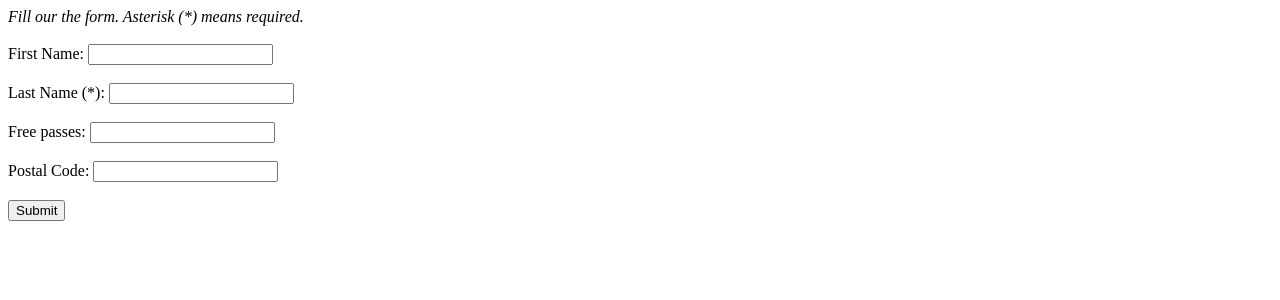
Repository: kaustubh0201/Springboot
Page: http://localhost/spring-demo-mvc/customer/showForm
The author's editor kept a copy of each file at every save. The page is drawn from the files as they stood at one save, then again after the next save.
The browser window is 1280 px wide. The pictures show the whole page.
The page is served by Tomcat 9.

Above is the page before, as saved 2022-10-07 12:39:32.

After the next save:
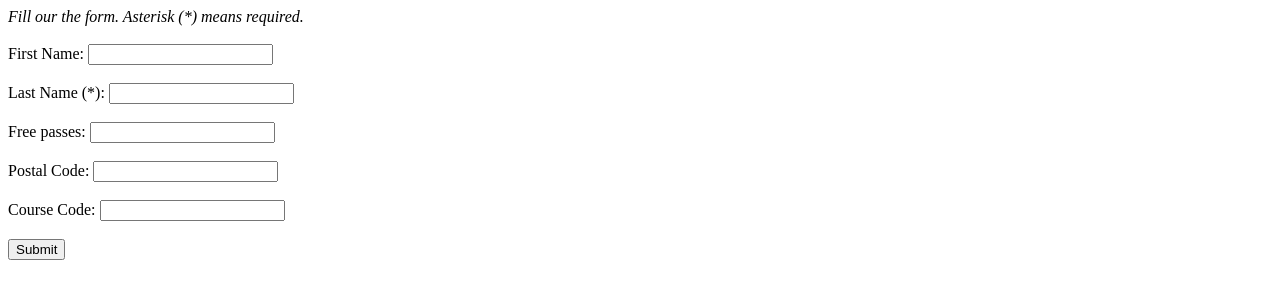
Saved 46 s later.
--- a/spring-demo-mvc/WebContent/WEB-INF/view/customer-form.jsp
+++ b/spring-demo-mvc/WebContent/WEB-INF/view/customer-form.jsp
@@ -41,6 +41,11 @@
 
 			<br><br>
 
+			Course Code: <form:input path = "courseCode" />
+			<form:errors path = "courseCode" cssClass = "error" />
+
+			<br><br>
+
 			<input type = "submit" value = "Submit" />
 
 		</form:form>
